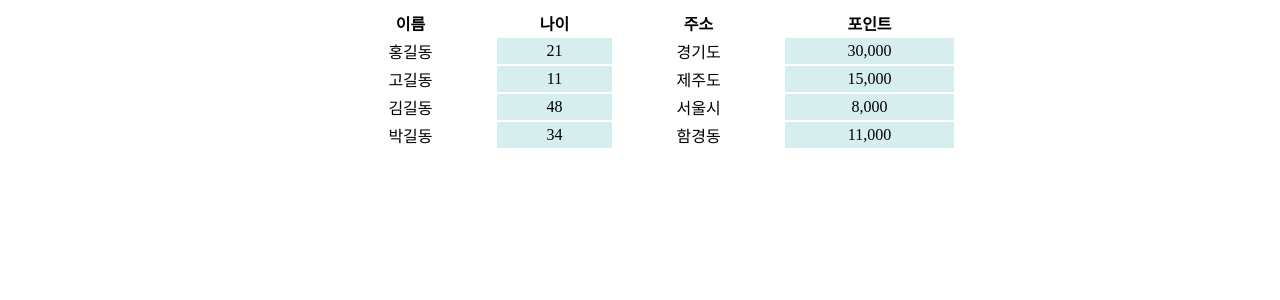
Repository: claddds/2023_webstudy
Page: 01_html/src/main/webapp/day03/ex02_tableStyling.html
The author's editor kept a copy of each file at every save. The page is drawn from the files as they stood at one save, then again after the next save.
The browser window is 1280 px wide. The pictures show the whole page.

Above is the page before, as saved 2023-06-21 01:40:02.

After the next save:
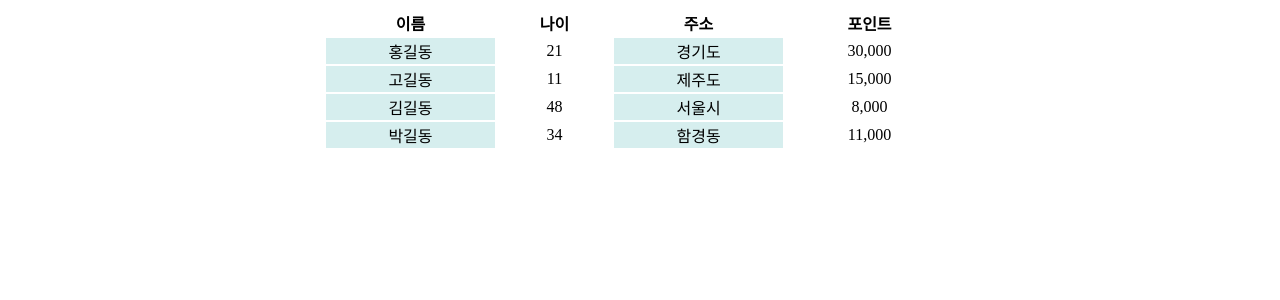
Saved 9 s later.
--- a/01_html/src/main/webapp/day03/ex02_tableStyling.html
+++ b/01_html/src/main/webapp/day03/ex02_tableStyling.html
@@ -13,7 +13,7 @@
 	}
 	/* 수평: even(짝수), odd(홀수)*/
 	/*tbody 안에 있는 tr*/
-	tbody tr :nth-child(even){
+	tbody tr :nth-child(odd){
 		background-color: #d6eeee;
 	}
 </style>
